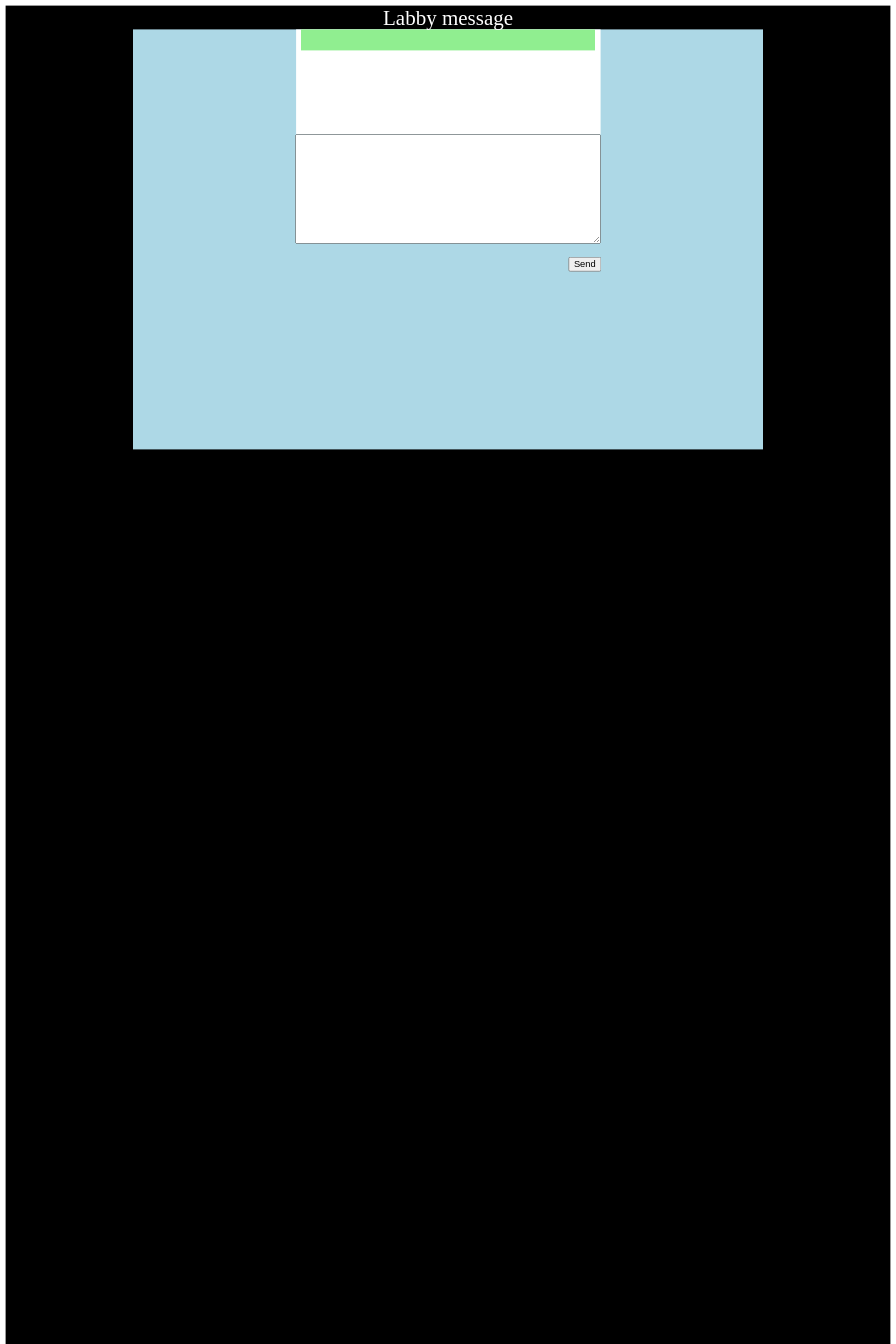
Repository: al223jw/1dv403-laborationer
Page: 2-labbymezzage/index.html
The author's editor kept a record of every edit. The page is drawn from the files as they stood at one moment, then again after the next edit.
The browser window is 1280 px wide. The pictures show the part of the page from y = 0 to 1920 px (the page is 9066 px tall), at 70% of full size.

Above is the page before.
Console error: SyntaxError: Unexpected token ')'

After the next edit:
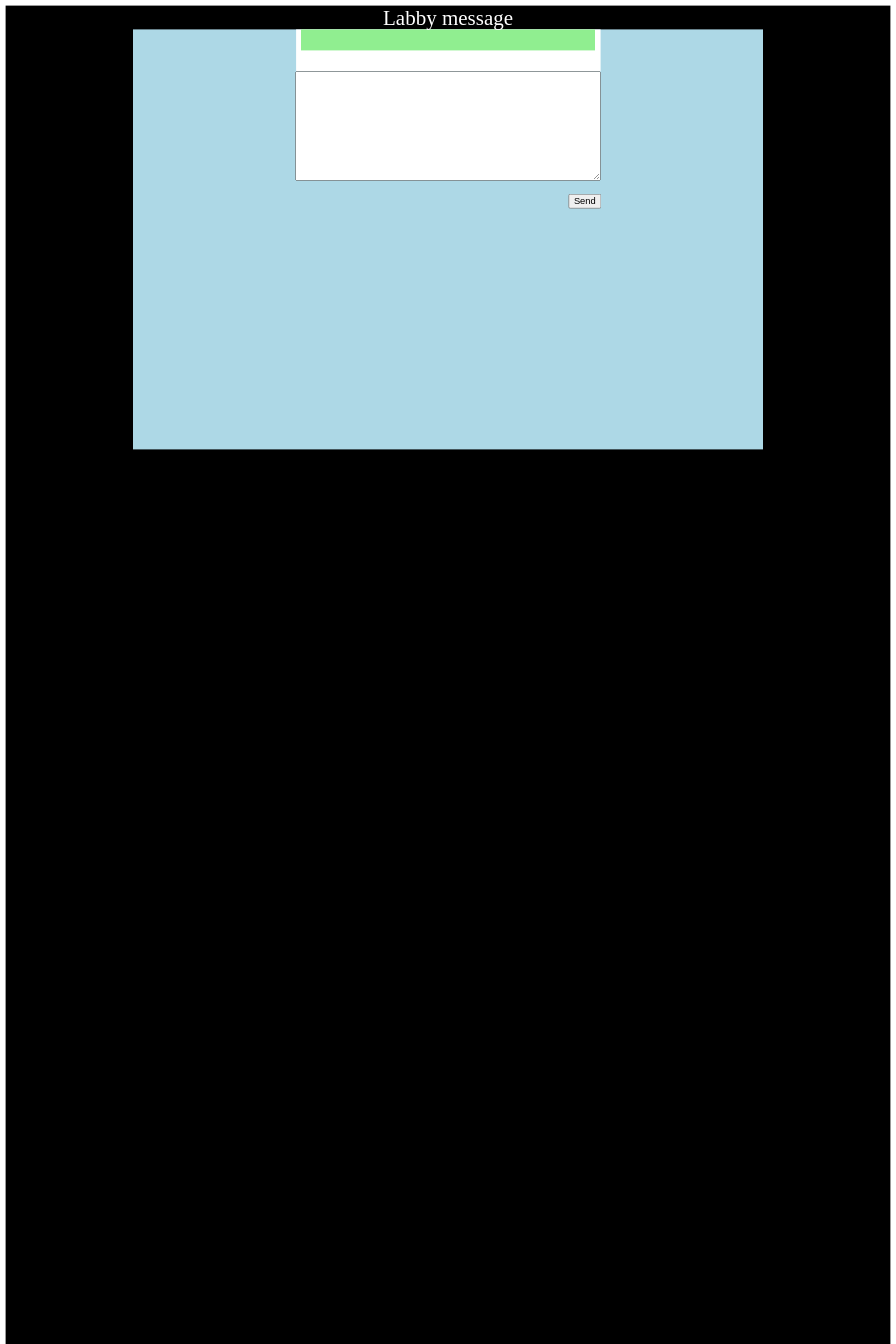
The edit:
--- a/2-labbymezzage/style.css
+++ b/2-labbymezzage/style.css
@@ -34,7 +34,7 @@
 {
     background-color:white;
     width:435px;
-    height:150px;
+    height:60px;
     margin-left:auto;
     margin-right:auto;
 }
